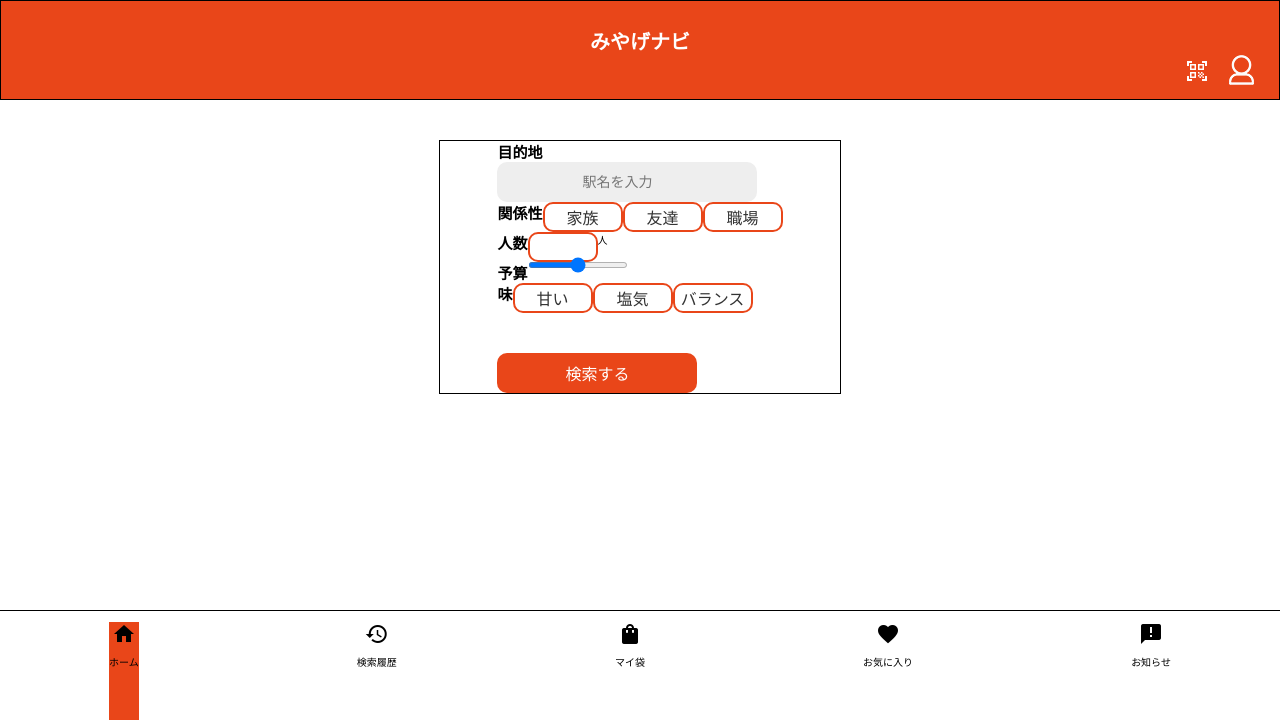
Repository: ama-ne2/miyage_nav
Page: index.html
The author's editor kept a copy of each file at every save. The page is drawn from the files as they stood at one save, then again after the next save.
The browser window is 1280 px wide. The pictures show the whole page.

Above is the page before, as saved 2026-02-05 19:31:06.

After the next save:
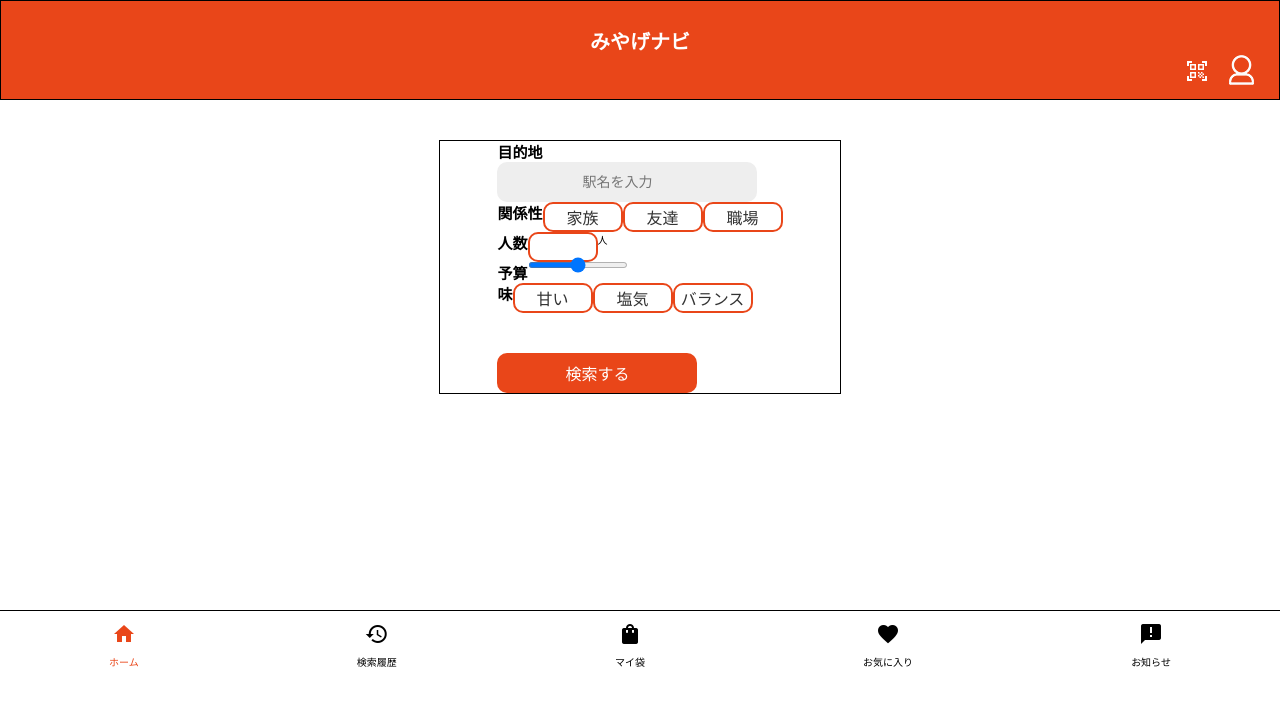
Saved 16 s later.
--- a/css/style.css
+++ b/css/style.css
@@ -70,7 +70,7 @@ footer{
     gap: 8px;
     margin-top: 11px;
     &.active{
-        background-color: #E94619;
+        color: #E94619;
     }
 }
 }
